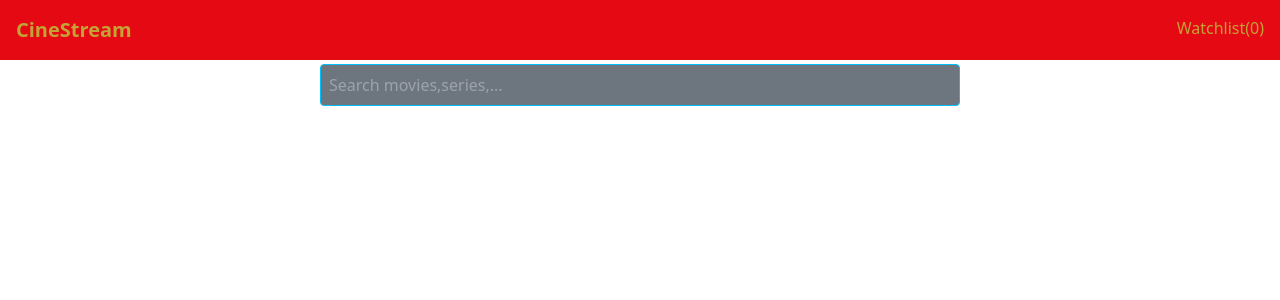
Repository: Reshmashameem31/Cine-Stream
Page: / (app in movie-project/)
These files come from the project's save history. The page is drawn as it stood at one moment and after the next save; the edit follows.
The browser window is 1280 px wide. The pictures show the whole page.
The project was rebuilt for these pictures with package versions that can differ from the ones it lists, and the page was loaded fresh each time. Also part of the build but not shown: movie-project/vite.config.js, movie-project/src/pages/WatchList.jsx.

Above is the page before, as saved 2025-08-15 17:46:46.

After the next save:
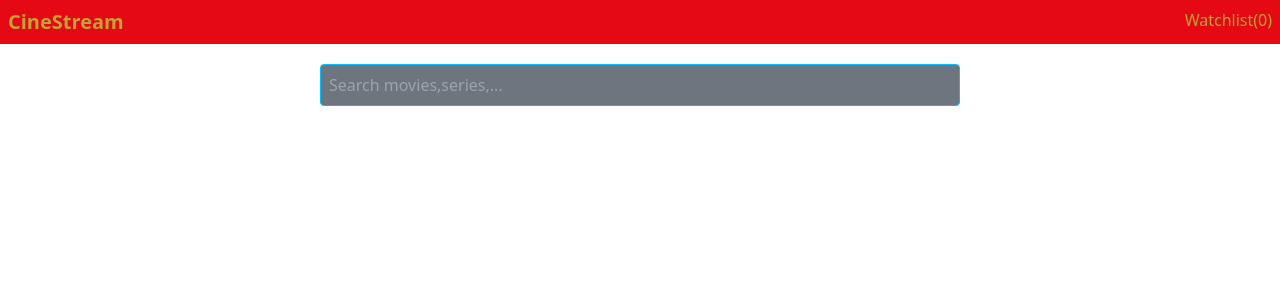
Saved 16 s later.
--- a/movie-project/src/pages/Navbar.jsx
+++ b/movie-project/src/pages/Navbar.jsx
@@ -3,7 +3,7 @@ import { Link } from 'react-router-dom'
 
 const Navbar = () => {
   return (
-    <nav className='p-4 bg-[#E50914] text-[#C5A236]  flex justify-between fixed w-full top-0'>
+    <nav className='p-2 bg-[#E50914] text-[#C5A236]  flex justify-between fixed w-full top-0'>
       <Link to="/" className='font-bold text-xl hover:text-[#00E5FF] '>CineStream</Link>
       <Link to="/watchlist" className='text-l hover:text-[#00E5FF]'>Watchlist(0)</Link>
     </nav>
